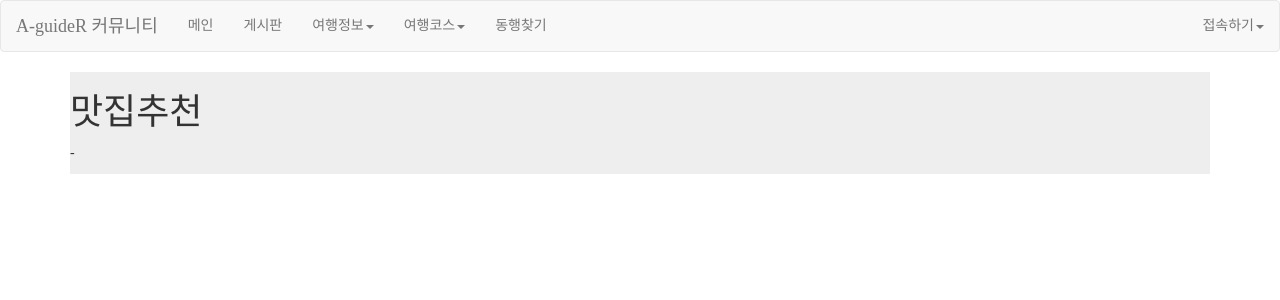
Repository: endol007/TripPuzzle
Page: http://localhost/BBS/inforestaurant.jsp
An editor plug-in stored every save of this project. The page is shown before and after the next save, followed by the edit.
The browser window is 1280 px wide. The pictures show the whole page.
Some web fonts or font styles are not loaded; a fallback is used. Some web libraries are served in a nearby version. The page is served by Tomcat 9.

Above is the page before, as saved 2019-08-21 16:09:33.

After the next save:
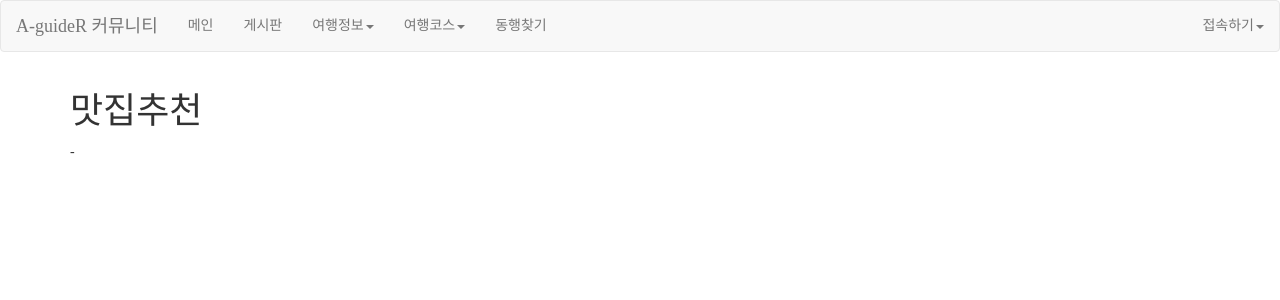
Saved 49 s later.
--- a/Yun/JSP 커뮤니티/Project/BBS/WebContent/inforestaurant.jsp
+++ b/Yun/JSP 커뮤니티/Project/BBS/WebContent/inforestaurant.jsp
@@ -83,10 +83,8 @@
 </div>
 </nav>
 <div class="container">
-<div class="smalltron">
 <h1>맛집추천</h1>
 <p>-</p>
-</div>
 </div>
 <script src="http://code.jquery.com/jquery-3.1.1.min.js"></script>
 <script src=js/bootstrap.js></script>
